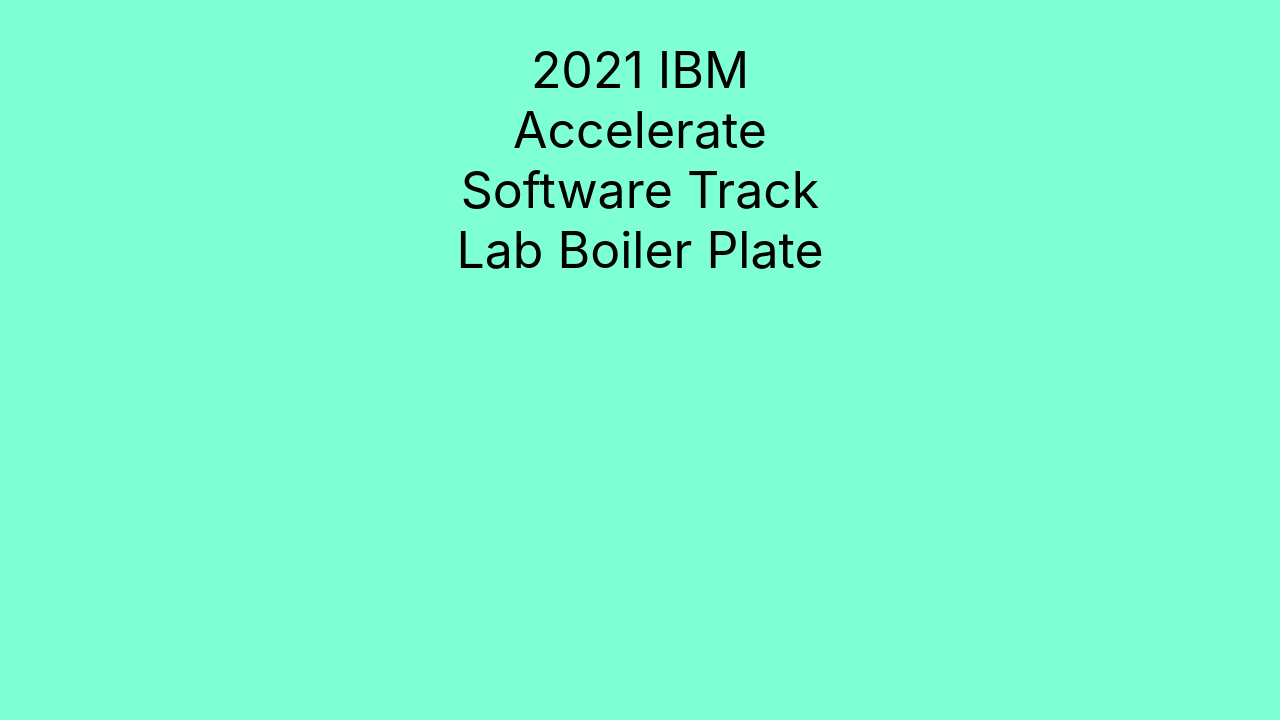
Repository: 2021-IBM-Accelerate-SW-Track/lab-1-team-34
Page: /
An editor plug-in stored every save of this project. The page is shown before and after the next save, followed by the edit.
The browser window is 1280 px wide. The pictures show the whole page.
Some web libraries are served in a nearby version. The project was rebuilt for these pictures with package versions that can differ from the ones it lists, and the page was loaded fresh each time.

Above is the page before, as saved 2021-06-13 22:23:39.

After the next save:
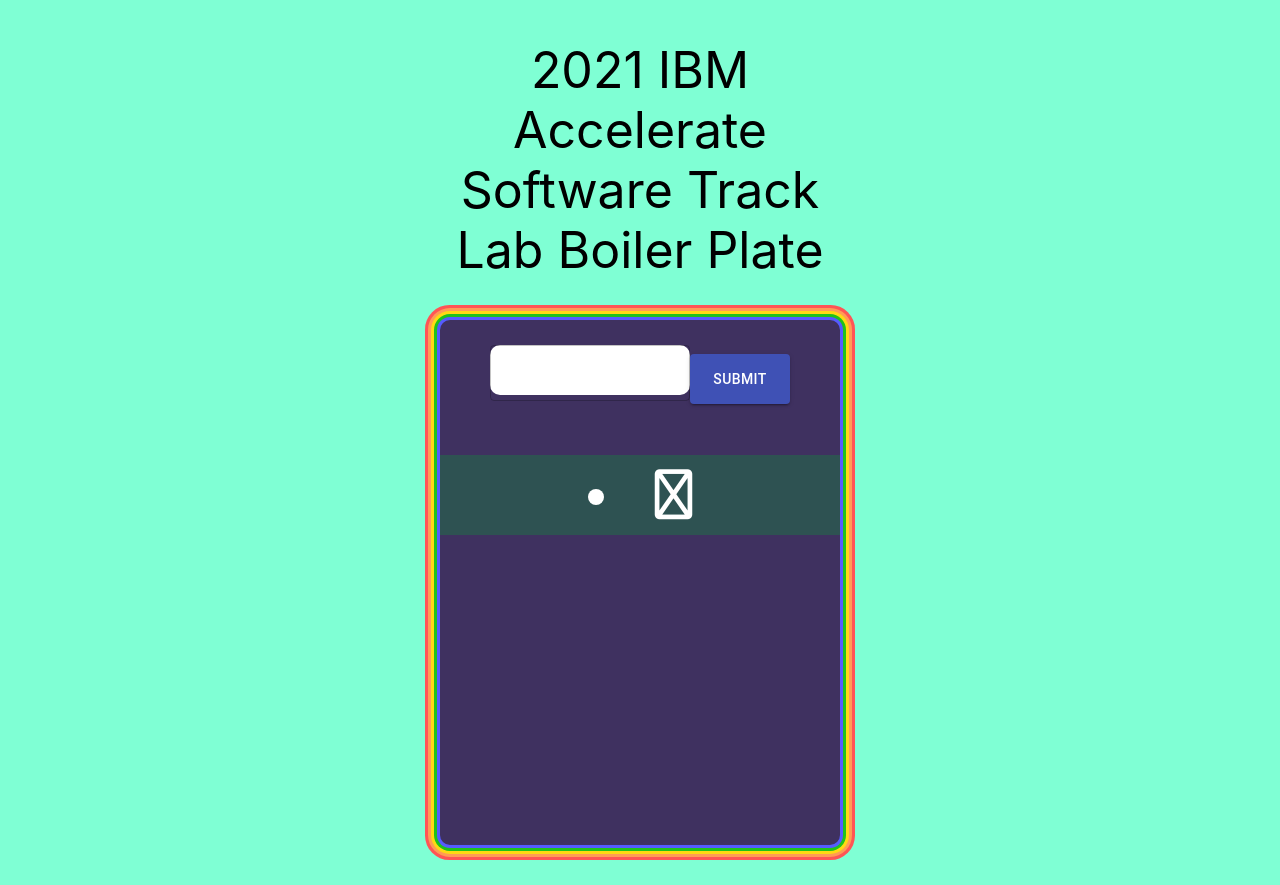
Saved 18 s later.
--- a/src/Pages/UI/page.js
+++ b/src/Pages/UI/page.js
@@ -6,7 +6,7 @@
   return (
     <div>
       <Header />
-      {/* <Input /> */}
+      <Input />
     </div>
   );
 }
